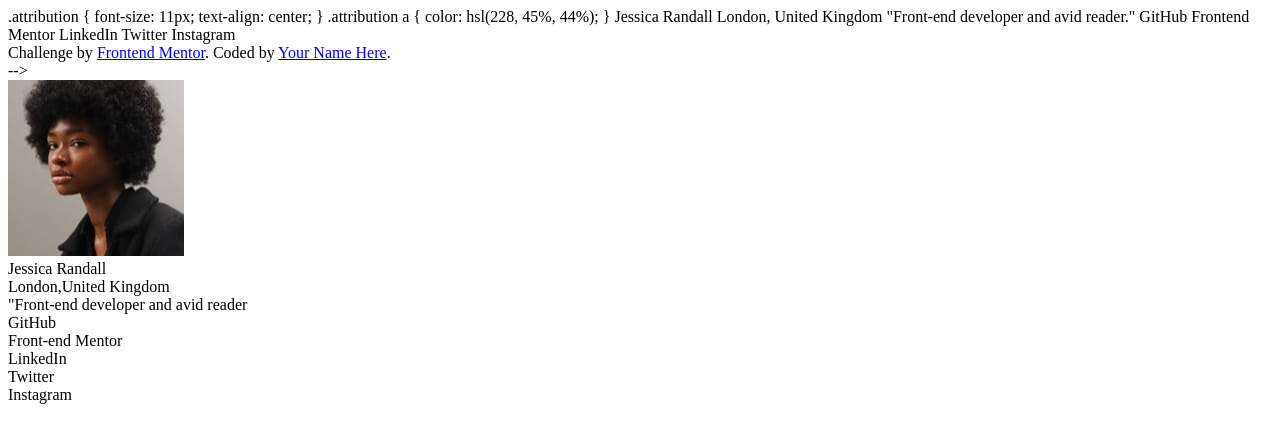
Repository: JosephAbatan05/Social-links-profile
Page: social-links-profile-main/index.html
These files come from the project's save history. The page is drawn as it stood at one moment and after a run of saves; the edit follows.
The browser window is 1280 px wide. The pictures show the whole page.

Above is the page before, as saved 2025-01-23 13:46:27.

### social-links-profile-main/index.html
<!DOCTYPE html>
<html lang="en">
<head>
  <meta charset="UTF-8">
  <meta name="viewport" content="width=device-width, initial-scale=1.0"> <!-- displays site properly based on user's device -->

  <link rel="icon" type="image/png" sizes="32x32" href="./assets/images/favicon-32x32.png">

  <title>Frontend Mentor | Social links profile</title>
<link rel="stylesheet"

  <!-- Feel free to remove these styles or customise in your own stylesheet 👍 --<style>
    .attribution { font-size: 11px; text-align: center; }
    .attribution a { color: hsl(228, 45%, 44%); }
  </style>
</head>
<body>

  Jessica Randall
  London, United Kingdom
  "Front-end developer and avid reader."

  GitHub
  Frontend Mentor
  LinkedIn
  Twitter
  Instagram

  <div class="attribution">
    Challenge by <a href="https://www.frontendmentor.io?ref=challenge" target="_blank">Frontend Mentor</a>.
    Coded by <a href="#">Your Name Here</a>.
  </div>
-->

<div class="container">
  <img src="assets\images\avatar-jessica.jpeg" >

<div id="name">Jessica Randall</div>
<div class="description">London,United Kingdom</div>
<div class="about">"Front-end developer and avid reader</div>
<div class="fa-links-container">
  <div class="Github">GitHub</div>
  <div class="Frontend Mentor">Front-end Mentor</div>



  <div class="LinkedIn">LinkedIn</div>





  <div class="Frontend Mentor">Twitter</div>

  <div class="Instagramr">Instagram</div>

</div>


</div>

</body>
</html>

### social-links-profile-main/styles.css
body{
    margin:0;
    padding:0;
    box-sizing: border-box;
}
.container{
    text-align: center;
    margin: 0 auto;
}
.img{
    border-radius:50%;
}

After the next 2 saves:
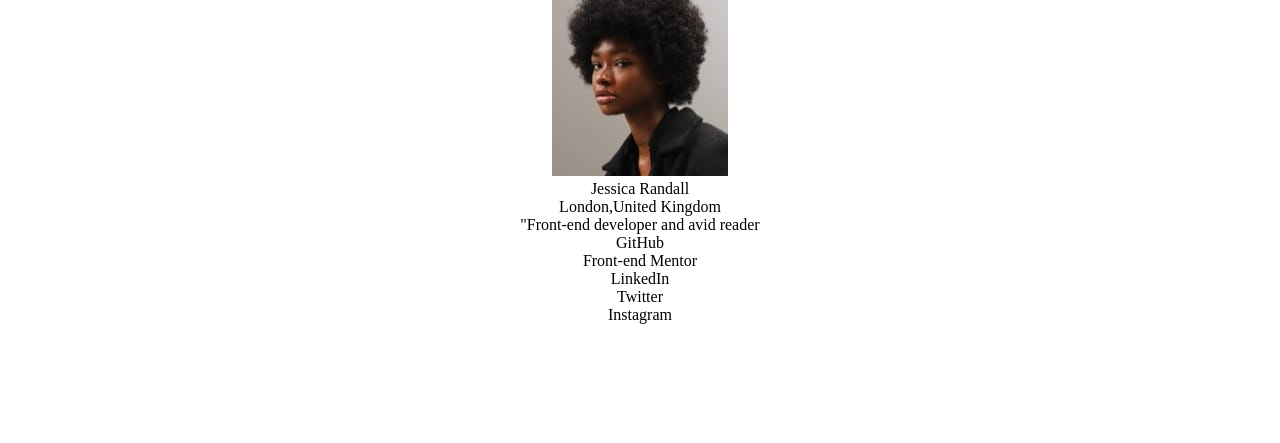
The 2 saves are shown as one change because they came seconds apart.
The last was saved 9 s later.
--- a/social-links-profile-main/index.html
+++ b/social-links-profile-main/index.html
@@ -7,7 +7,7 @@
   <link rel="icon" type="image/png" sizes="32x32" href="./assets/images/favicon-32x32.png">
 
   <title>Frontend Mentor | Social links profile</title>
-<link rel="stylesheet"
+<link rel="stylesheet" href="styles.css">
 
   <!-- Feel free to remove these styles or customise in your own stylesheet 👍 --<style>
     .attribution { font-size: 11px; text-align: center; }
